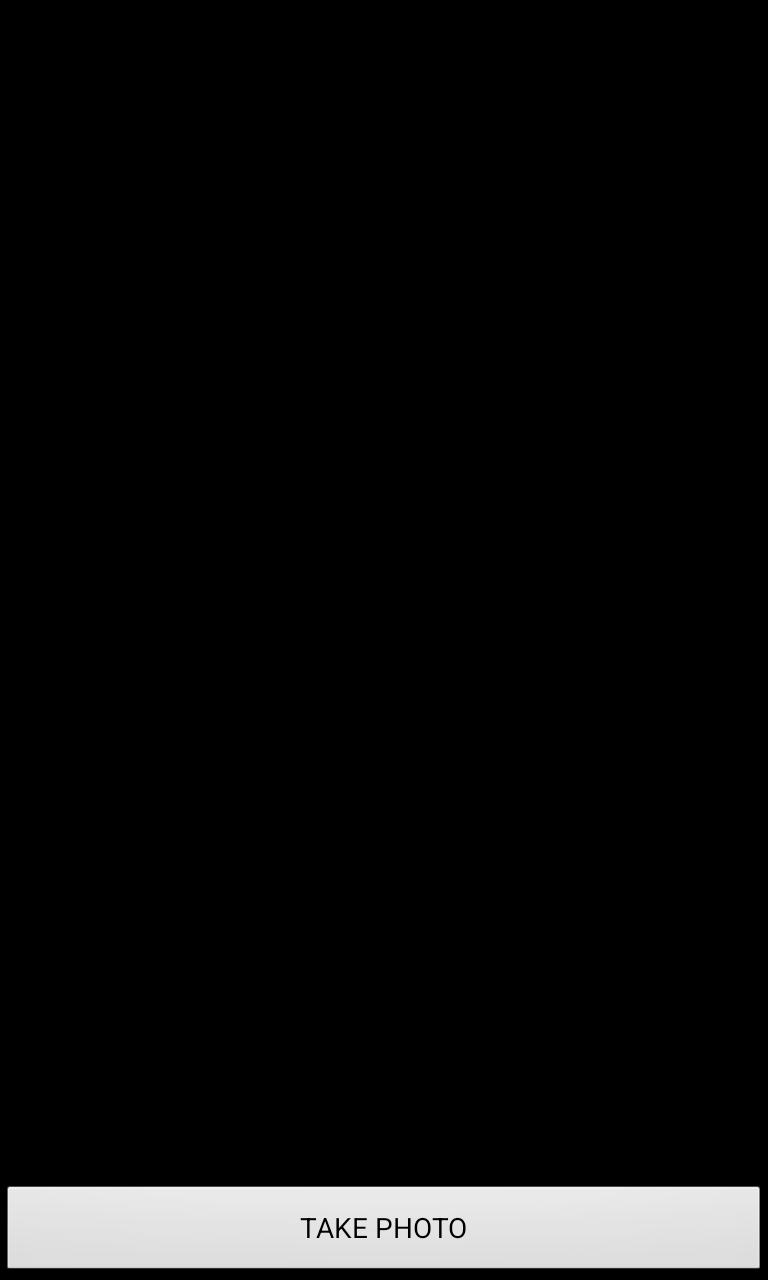
Repository: cephas-digital/phytosenseit
Layout: Eclipse Project /phyto_sense_it/res/layout/tutorial3_surface_view.xml
These files come from the project's save history. The layout is drawn as it stood at one moment and after the next save; the edit follows.
It is drawn on a 768 x 1280 px phone screen (xhdpi) without system bars, with theme android:Theme.NoTitleBar.Fullscreen; the app's code is not run.

Above is the layout before, as saved 2015-07-28 06:51:54.

### Eclipse Project /phyto_sense_it/res/layout/tutorial3_surface_view.xml
<LinearLayout xmlns:android="http://schemas.android.com/apk/res/android"
    xmlns:tools="http://schemas.android.com/tools"
    android:layout_width="match_parent"
    android:layout_height="match_parent"
    android:orientation="vertical"
     >

    <org.opencv.samples.tutorial3.Tutorial3View
        android:id="@+id/tutorial3_activity_java_surface_view"
        android:layout_width="match_parent"
        android:layout_height="match_parent"

        android:visibility="gone" />

    <ImageView
        android:id="@+id/imageView"
        android:layout_width="match_parent"
        android:layout_height="match_parent"
        android:layout_weight="1" />

    <Button
        android:id="@+id/button1"
        android:layout_width="match_parent"
        android:layout_height="wrap_content"
        android:gravity="center_vertical|center_horizontal|bottom|top"
        android:text="TAKE PHOTO" />



</LinearLayout>

After the next save:
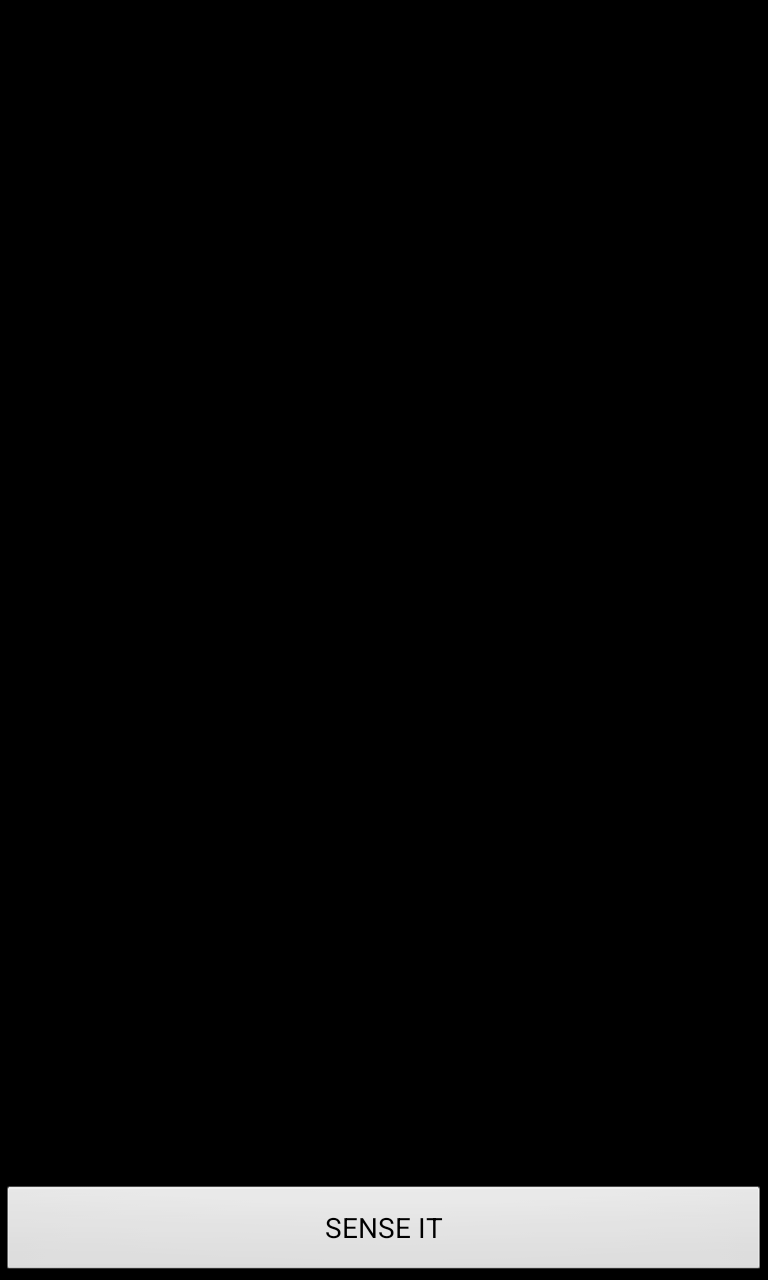
Saved 6 s later.
--- a/Eclipse Project /phyto_sense_it/res/layout/tutorial3_surface_view.xml
+++ b/Eclipse Project /phyto_sense_it/res/layout/tutorial3_surface_view.xml
@@ -23,7 +23,7 @@
         android:layout_width="match_parent"
         android:layout_height="wrap_content"
         android:gravity="center_vertical|center_horizontal|bottom|top"
-        android:text="TAKE PHOTO" />
+        android:text="SENSE IT" />
 
 
 
